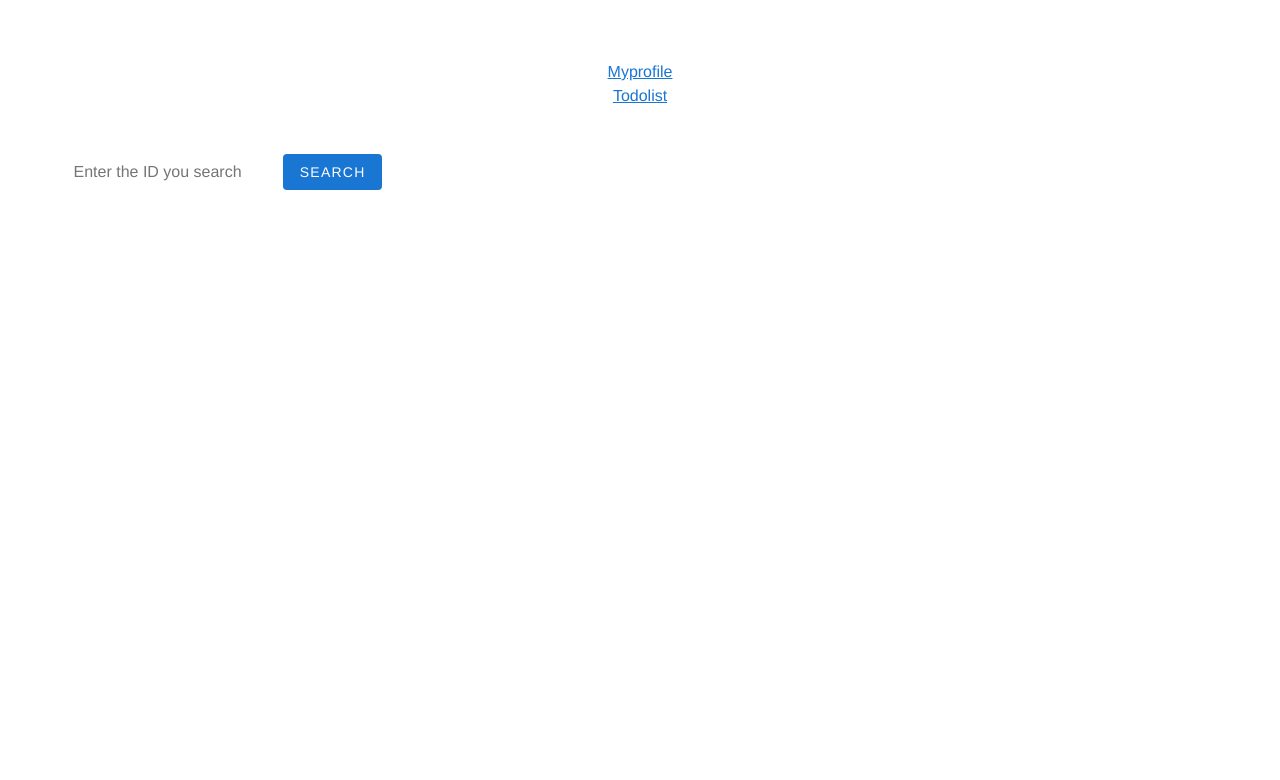
Repository: Shanshan67/todolist
Page: /#/profile
These files come from the project's save history. The page is drawn as it stood at one moment and after a run of saves; the edit follows.
The browser window is 1280 px wide. The pictures show the whole page.
The project was rebuilt for these pictures with package versions that can differ from the ones it lists, and the page was loaded fresh each time. Also part of the build but not shown: src/pages/Dashboard.vue, src/pages/Todolist.vue.

Above is the page before, as saved 2022-07-20 20:18:37.

### index.html
<!DOCTYPE html>
<html>
  <head>
    <meta charset="utf-8">
    <meta name="viewport" content="width=device-width,initial-scale=1.0">
    <link href="https://fonts.googleapis.com/css?family=Roboto:100,300,400,500,700,900" rel="stylesheet">
    <link href="https://cdn.jsdelivr.net/npm/@mdi/font@6.x/css/materialdesignicons.min.css" rel="stylesheet">
    <title>baoge</title>
  </head>
  <body>
    <div id="app"></div>
    <!-- built files will be auto injected -->
  </body>
</html>

### src/main.js
// The Vue build version to load with the `import` command
// (runtime-only or standalone) has been set in webpack.base.conf with an alias.
import Vue from 'vue'
import App from './App'
import router from './router'
import store from './store'
import './plugins/vuetify'
import vuetify from '@/plugins/vuetify'

Vue.config.productionTip = false

/* eslint-disable no-new */
new Vue({
  el: '#app',
  router,
  store,
  vuetify,
  components: { App },
  template: '<App/>'
})

### src/App.vue
<template>
  <v-app>
    <div>
      <HelloWorld/>
    </div>
    <div>
      <router-link to="/profile">Myprofile</router-link>
      <v-spacer></v-spacer>
      <router-link to="/todolist">Todolist</router-link>
    </div>
    <v-content>
      <router-view/>
    </v-content>
  </v-app>
</template>

<script>
import Dashboard from './pages/Dashboard.vue';
export default {
    name: "App",
    components: { Dashboard }
}
</script>

<style>
#app {
  font-family: 'Avenir', Helvetica, Arial, sans-serif;
  -webkit-font-smoothing: antialiased;
  -moz-osx-font-smoothing: grayscale;
  text-align: center;
  color: #2c3e50;
  margin-top: 60px;
}
</style>

### src/router/index.js
import Vue from 'vue'
import Router from 'vue-router'
import Dashboard from '@/pages/Dashboard'
import Myprofile from '../pages/Myprofile'
import Todolist from '../pages/Todolist'

Vue.use(Router)

export default new Router({
  routes: [
    {
      path: '/',
      name: 'Dashboard',
      component: Dashboard
    },
    {
			path:'/profile',
			component:Myprofile
		},
		{
			path:'/todolist',
			component:Todolist
		}
  ]
})

### src/store/index.js
import Vue from 'vue'
import Vuex from 'vuex'
import Axios from "axios"

Vue.use(Vuex)

const todoUrl = "http://localhost:3000/todos";

const actions = {
	searchName(context,value){
		Axios.get(`${todoUrl}/${value}`).then(response => {
            context.commit('searchName', response.data);
			console.log(response.data)
        });
	}
}


const mutations = {
	searchName(state,data){
		state.users = data
	}
}

const state = {
	users:[]
}

export default new Vuex.Store({
	state,
	actions,
	mutations
})

### src/plugins/vuetify.js
// src/plugins/vuetify.js

import Vue from 'vue'
import Vuetify from 'vuetify'
import 'vuetify/dist/vuetify.min.css'

Vue.use(Vuetify, {
    iconfont: 'md',
    theme:{
        primary: '#962ff',
        success: '#3cd1c2',
        info: '#ffaa2c',
        error: '#f83e70',
    }
})

const opts = {}

export default new Vuetify(opts)

### src/pages/Myprofile.vue
<template>
	<div class="container">
		<List/>
		<Search/>
	</div>
</template>

<script>
	import Search from '../components/Search'
	import List from '../components/List'
	export default {
		name:'Myprofile',
		components:{Search,List}
	}
</script>

### src/components/Search.vue
<template>
	<div class="container">
		<div class="row">
			<div class="col-12">
				<table class="table table-bordered mt-5">
					<tfoot>
						<td class="align-middle text-center w-75">
							<div class="form-group">
								<input
									type="text"
									class="form-control"
									placeholder="Enter the ID you search"
									v-model="id"
								/>
							</div>
						</td>
						<td class="align-middle text-center w-75">
							<v-btn
        						depressed
        						color="primary"
								@click="handleSearch">Search</v-btn>
						</td>
					</tfoot>
				</table>
			</div>
		</div>
	</div>
</template>
<script>
	export default {
		name:'Search',
		data() {
			return {
				id:""
			}
		},
		methods: {
			handleSearch(){
				this.$store.dispatch('searchName',this.id)
			}
		}
	}
</script>

### src/components/List.vue
<template>
	<div class="container">
		<div class="row">
			<div class="col-12">
				<h1>Details</h1>
				<h2 v-for="(user, index) in users" :key="index">
					{{user.description}}
					{{user.currency}}
					{{user.type}}
				</h2>
			</div>
		</div>
	</div>
</template>

<script>
	import { mapState } from 'vuex'
	export default {
		name:'List',
		computed:{
			...mapState([
				'users'
			])
		}
	}
</script>

After the next 2 saves:
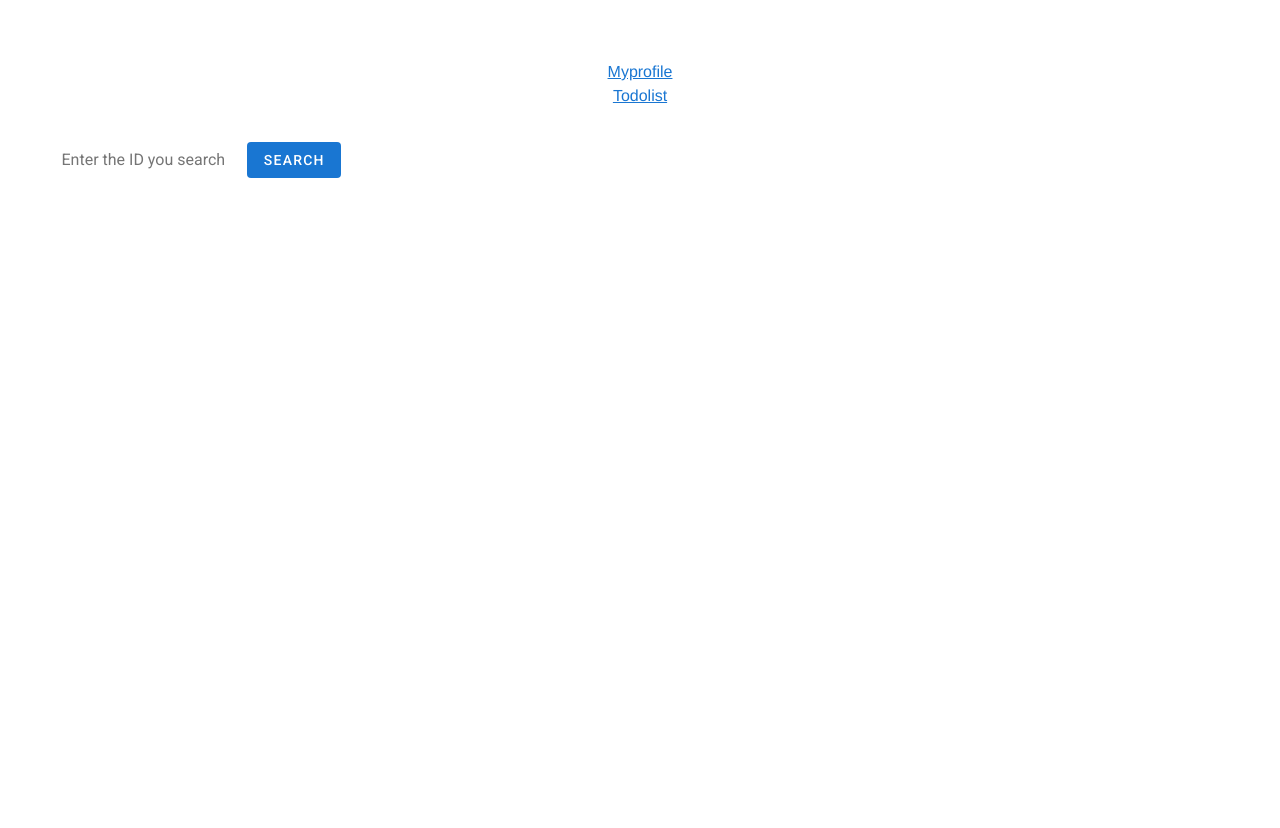
The 2 saves are shown as one change because 1 did not build or start.
The last was saved 87 s later.
--- a/src/pages/Myprofile.vue
+++ b/src/pages/Myprofile.vue
@@ -1,8 +1,8 @@
 <template>
-	<div class="container">
+	<v-app id="inspire">
 		<List/>
 		<Search/>
-	</div>
+	</v-app>
 </template>
 
 <script>
